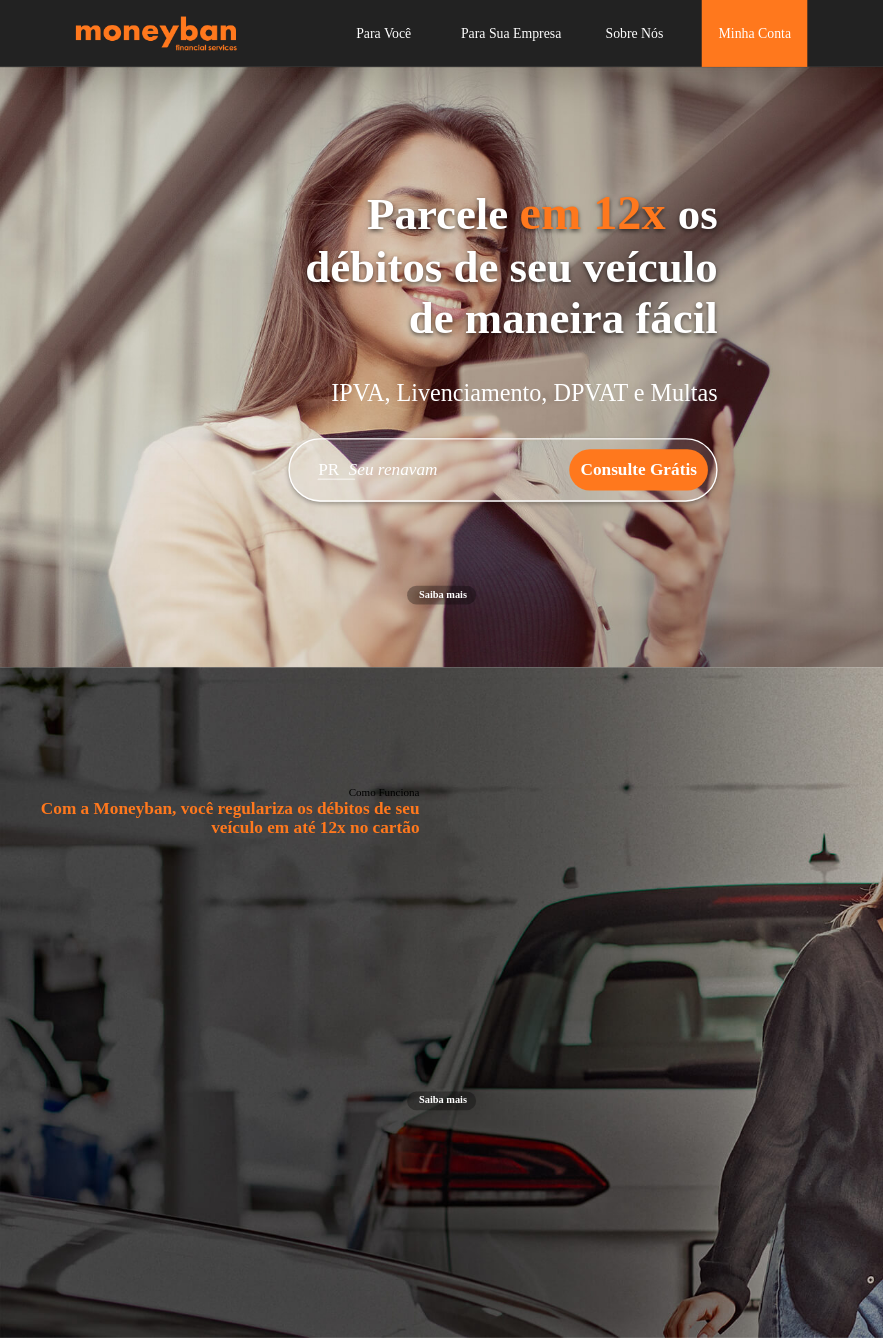
Repository: IvanCardoso91/moneyban
Page: index.html
These files come from the project's save history. The page is drawn as it stood at one moment and after the next save; the edit follows.
The browser window is 1280 px wide. The pictures show the whole page, at 69% of full size.
Some icons come from a web library that is not loaded, so they are not drawn. Some web fonts or font styles are not loaded; a fallback is used.

Above is the page before, as saved 2020-12-18 07:44:46.

After the next save:
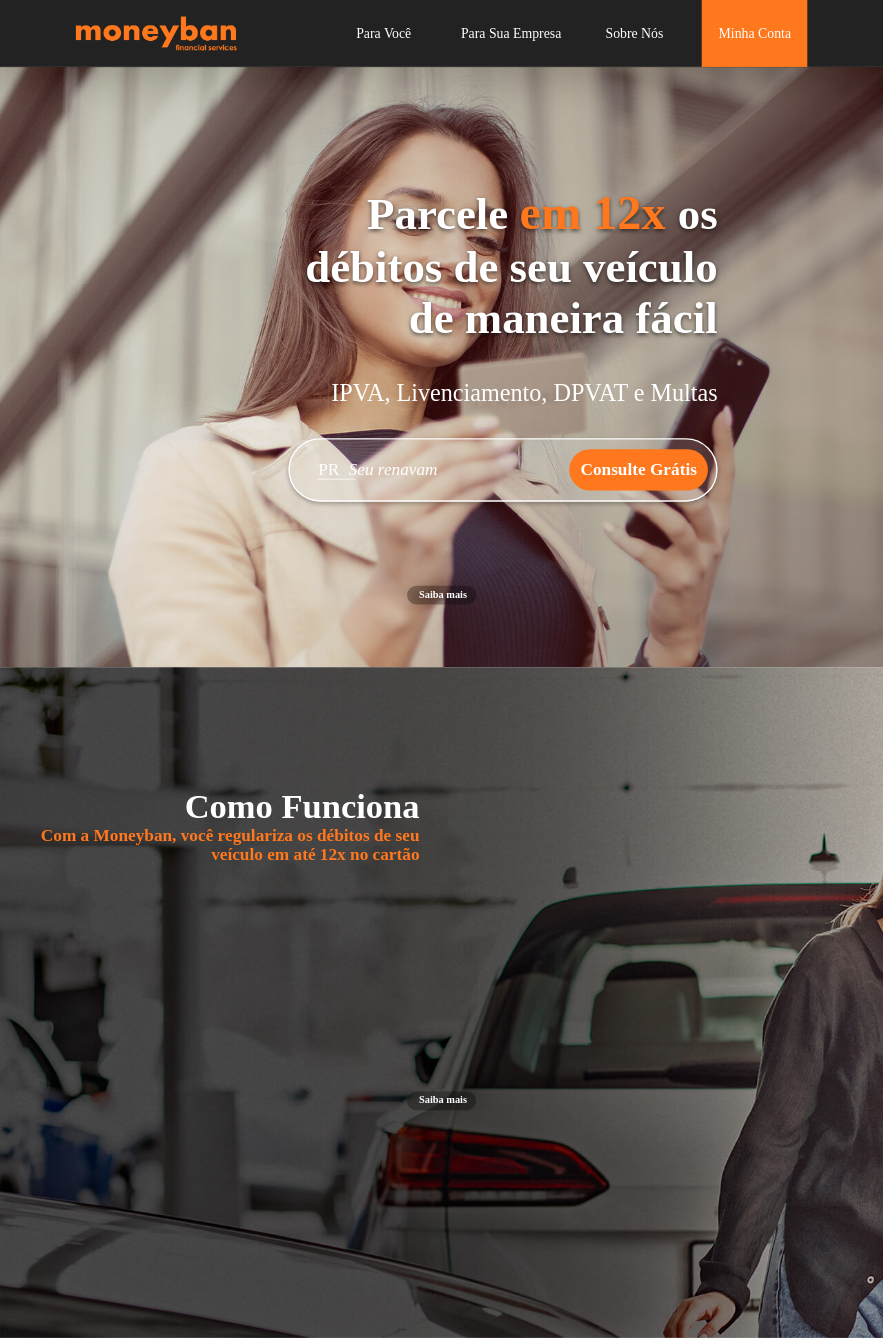
Saved 68 s later.
--- a/style/main-style.css
+++ b/style/main-style.css
@@ -278,6 +278,13 @@ select::-ms-expand {
     background-image: url('/Repositorios/site-moneyban/assets/img/bg-como-funciona-parcelar-documentos-carro-moto.jpg');
 }
 
+.left-side-text {
+    color: #FFFFFF;
+    font-family: 'Century Gothic';
+    font-size: 50px;
+    font-weight: bold;
+}
+
 .work-moneyban-text {
     color: #FF781D;
     font-family: 'Century Gothic';
